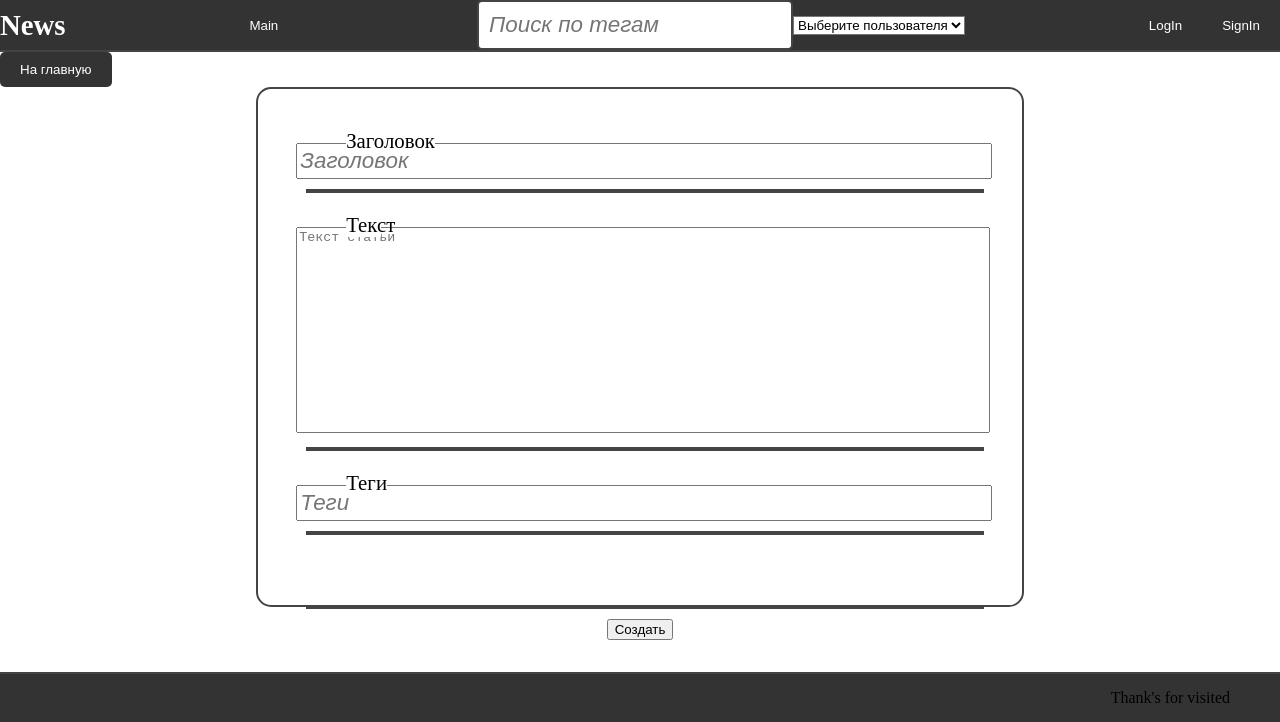
Repository: Igor-Blazhko/news_frontend
Page: /CreatePost
The author's editor kept a copy of each file at every save. The page is drawn from the files as they stood at one save, then again after a run of saves.
The browser window is 1280 px wide. The pictures show the whole page.
The project was rebuilt for these pictures with package versions that can differ from the ones it lists, and the page was loaded fresh each time. Also part of the build but not shown: vite.config.ts, src/components/allPost/onePost/onePost.module.css, src/components/allPost/onePost/onePost.tsx, src/components/allPost/allPost.tsx, src/components/auth/logIn/login.module.css, src/components/auth/logIn/login.tsx, src/components/auth/register/register.tsx, src/components/pageOnePost/comments/comment.tsx and 2 more.

Above is the page before, as saved 2024-07-15 16:55:21.

After the next 2 saves:
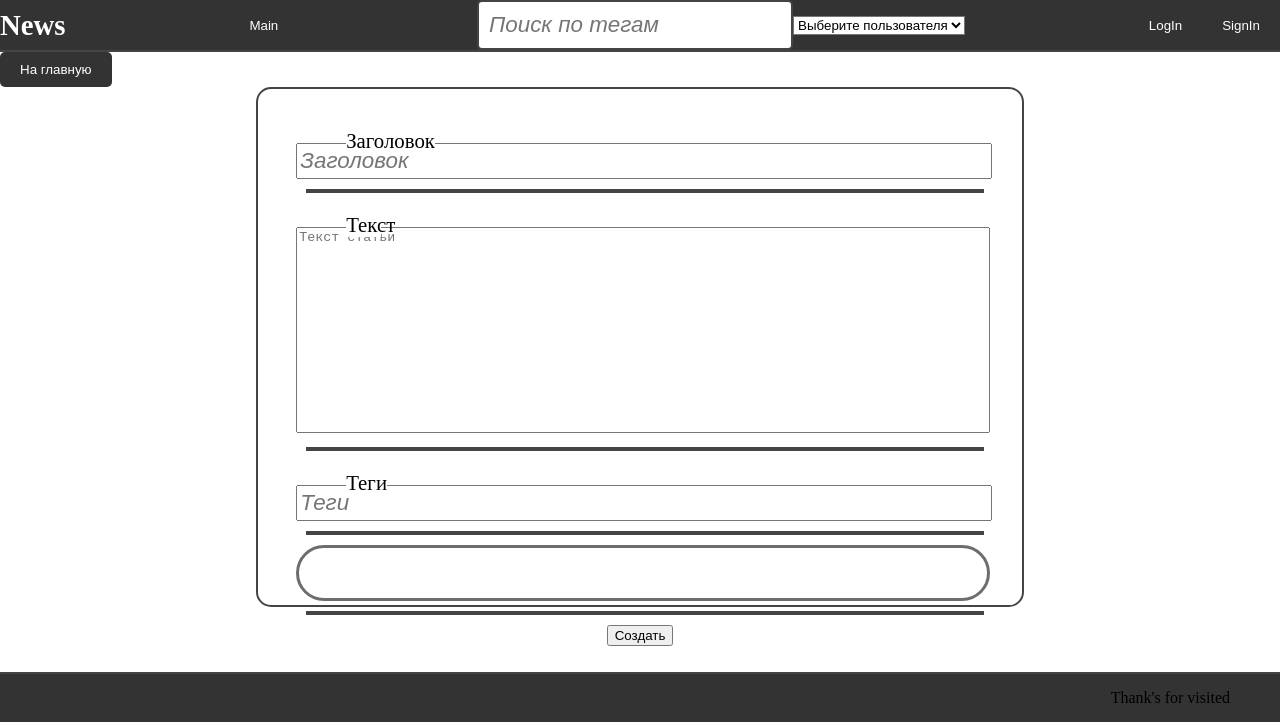
The 2 saves are shown as one change because they came seconds apart.
The last was saved 6 s later.
--- a/src/components/createPost/createPost.module.css
+++ b/src/components/createPost/createPost.module.css
@@ -64,7 +64,7 @@ label.file{
     left: 0;
     display: block;
     border: #6e6d6d 3px solid;
-    border: 10px;
+    border-radius: 40px;
     width: 100%;
     height: 50px;
 }
